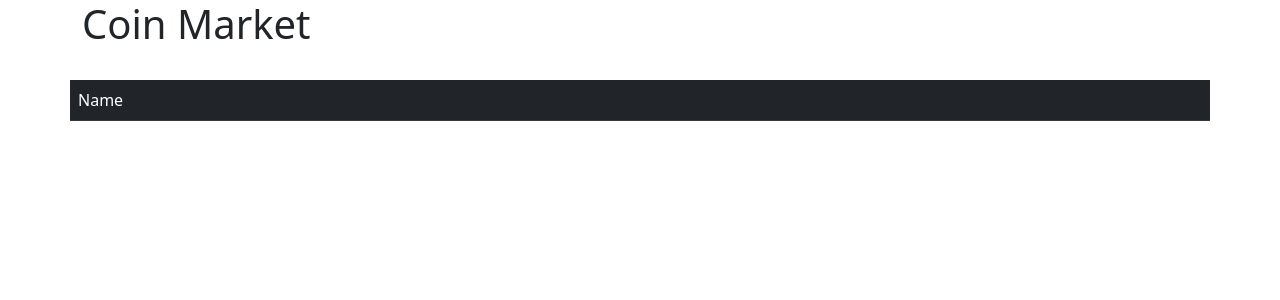
Repository: Ellisvelandia/react-coingecko-api
Page: /
The author's editor kept a copy of each file at every save. The page is drawn from the files as they stood at one save, then again after a run of saves.
The browser window is 1280 px wide. The pictures show the whole page.
The page's requests for data from a server got no answer. The project was rebuilt for these pictures with package versions that can differ from the ones it lists, and the page was loaded fresh each time. No one was signed in, and anything a server would have sent is missing. Also part of the build but not shown: src/index.css, src/App.css, src/components/CoinRow.js.

Above is the page before, as saved 2022-09-11 23:19:16.

After the next 4 saves:
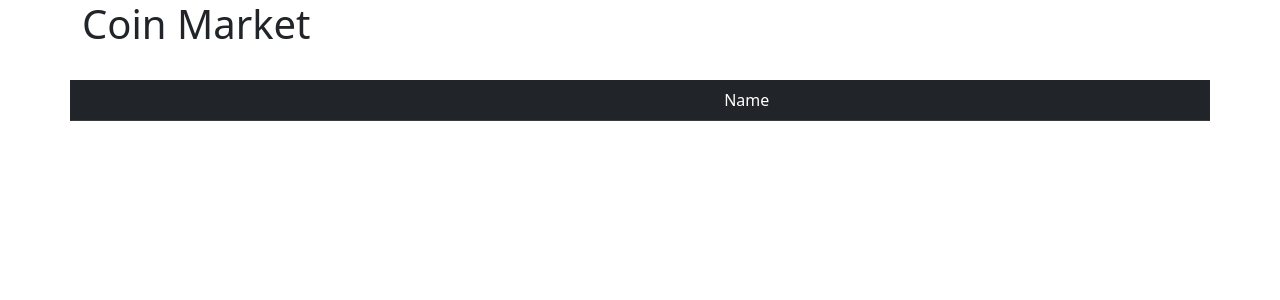
The 4 saves are shown as one change because 3 did not build or start.
The last was saved 44 s later.
--- a/src/components/TableCoins.js
+++ b/src/components/TableCoins.js
@@ -9,7 +9,9 @@ const TableCoins = ({ coins }) => {
       <thead>
         <tr>
           {
-
+          titles.map(title => (
+            <td></td>
+          ))
           }
           <td>Name</td>
         </tr>
